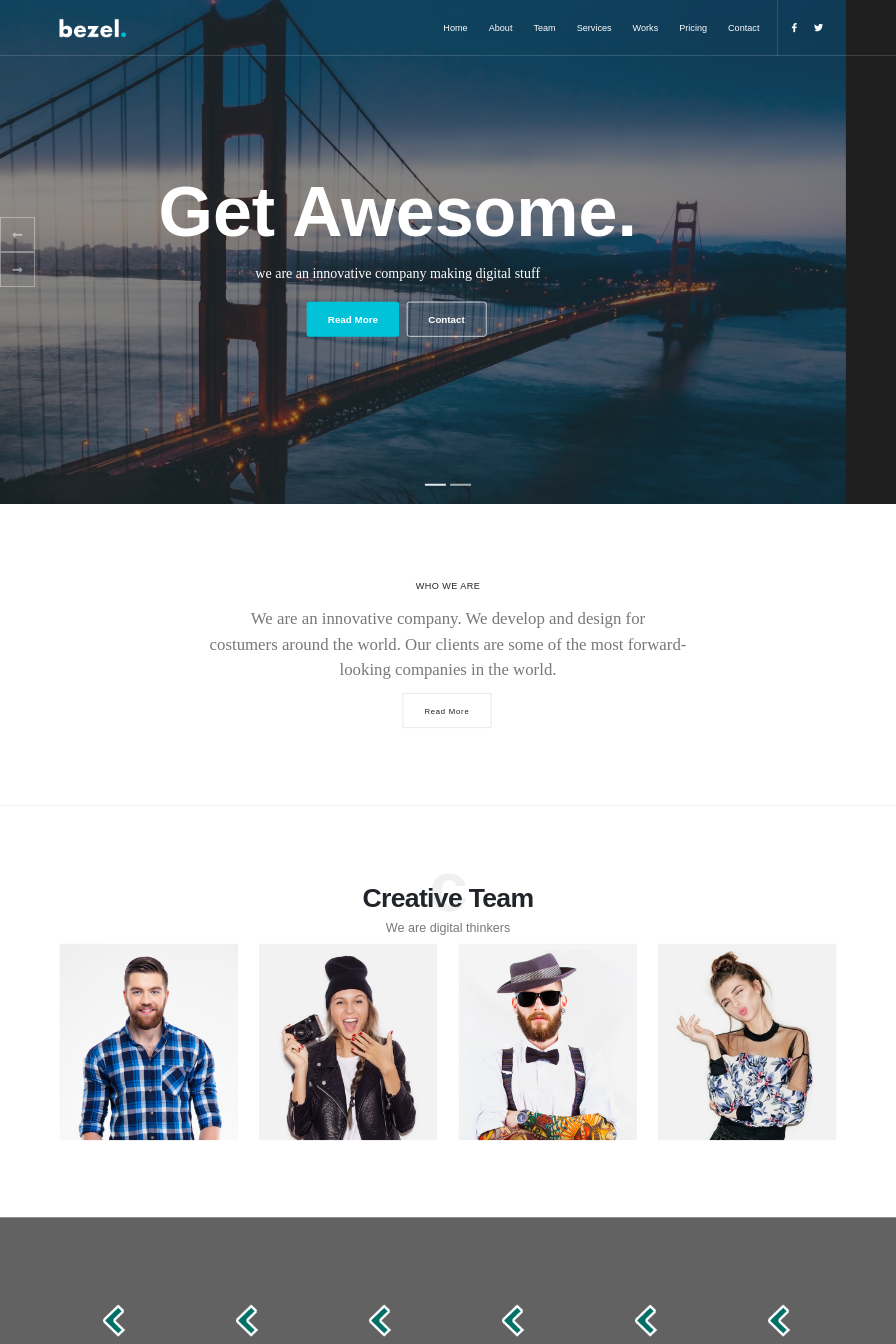
Repository: HodaHesham/BIZOL
Page: index.html
An editor plug-in stored every save of this project. The page is shown before and after the next save, followed by the edit.
The browser window is 1280 px wide. The pictures show the part of the page from y = 0 to 1920 px (the page is 4765 px tall), at 70% of full size.

Above is the page before, as saved 2020-11-14 12:00:30.

After the next save:
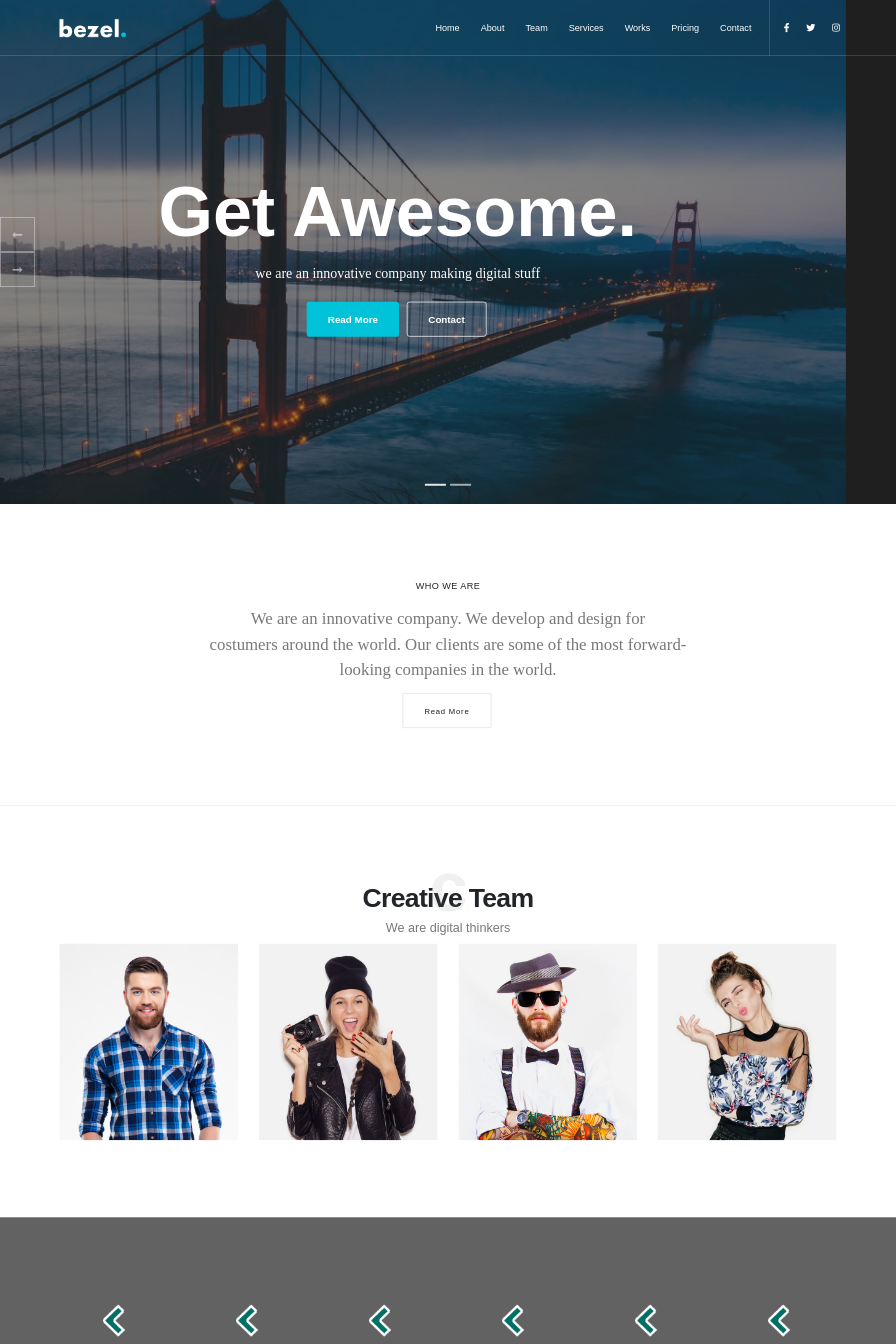
Saved 14 s later.
--- a/index.html
+++ b/index.html
@@ -32,7 +32,7 @@
                                 </li>
                                 <li><a target="_blank" href="#"><i class="fab fa-twitter"></i></a>
                                 </li>
-                                <li><a target="_blank" href="#"><i class="hc-instagram"></i></a>
+                                <li><a target="_blank" href="#"><i class="fab fa-instagram"></i></a>
                                 </li>
                             </ul>
                         </div>
